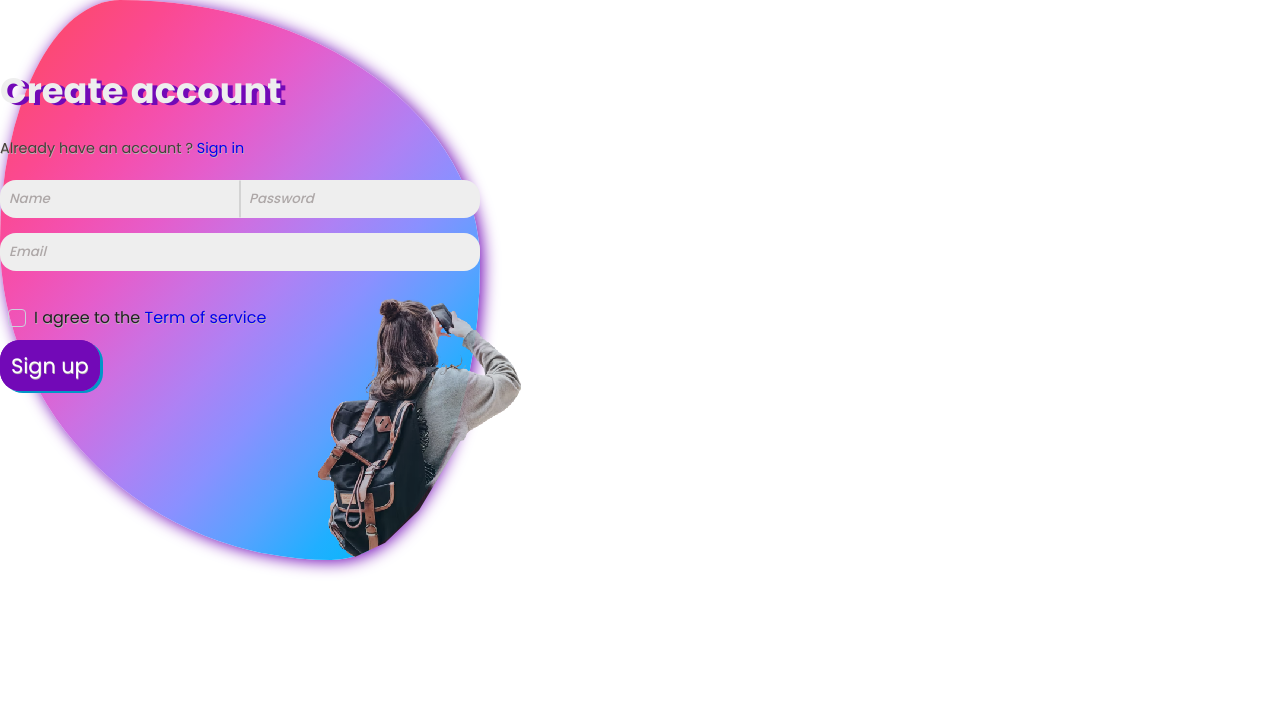
Repository: Yuukicoder/Techfest1
Page: signup.html
The author's editor kept a copy of each file at every save. The page is drawn from the files as they stood at one save, then again after the next save.
The browser window is 1280 px wide. The pictures show the whole page.
Some web fonts or font styles are not loaded; a fallback is used.

Above is the page before, as saved 2022-11-05 21:48:52.

### signup.html
<!DOCTYPE html>
<html lang="en">
  <head>
    <meta charset="UTF-8" />
    <meta http-equiv="X-UA-Compatible" content="IE=edge" />
    <meta name="viewport" content="width=device-width, initial-scale=1.0" />
    <link rel="stylesheet" href="signup.css" />
    <title>Signup</title>
  </head>
  <body>
    <div id="scroll-progress"></div>
    <div class="box">
      <div class="signup">
        <!-- ======================================HEADING=============================================================== -->
        <div class="signup__heading">Create account</div>

        <!-- ======================================SIGNIN=============================================================== -->

        <p class="signup__already">
          Already have an account ? <a href="#" class="signup__link">Sign in</a>
        </p>
        <!-- =======================================NAME+PASSWORD============================================================== -->

        <form action="#" class="signup__form">
          <div class="form__group form__group--2">
            <input type="text" class="form__input" placeholder="Name" />
            <input type="text" class="form__input" placeholder="Password" />
          </div>
          <!-- =======================================EMAIL============================================================== -->

          <div class="form__group">
            <input type="text" class="form__input" placeholder="Email" />
          </div>
          <!-- ======================================SVG CHECKBOX=============================================================== -->

          <svg class="checkbox-symbol">
            <symbol id="check" viewbox="0 0 12 10">
              <polyline
                points="1.5 6 4.5 9 10.5 1"
                stroke-linecap="round"
                stroke-linejoin="round"
                stroke-width="2"
              ></polyline>
            </symbol>
          </svg>

          <div class="checkbox-container">
            <input class="checkbox-input" id="apples" type="checkbox" />
            <label class="checkbox" for="apples">
              <span>
                <svg width="12px" height="10px">
                  <use xlink:href="#check"></use>
                </svg>
              </span>
              <span>
                I agree to the
                <a href="#" class="signup__link">Term of service</a>
              </span>
            </label>
          </div>
          <!-- ======================================BUTTON SIGNUP=============================================================== -->

          <div class="form__group">
            <div class="button-border">
              <form action="index.html">
                <a href="index.html" class="button"><span> Sign up </span></a>
              </form>
            </div>
          </div>
        </form>
      </div>
      <!-- ===========================================IMAGE========================================================== -->

      <img src="Image/signup2.png" alt="anh1" />
      <!-- ===================================================================================================== -->
    </div>
    <script src="app.js"></script>
  </body>
</html>

### signup.css
@import url("https://fonts.googleapis.com/css2?family=Caveat:wght@400;600&family=Hurricane&family=Poppins:wght@100;200;300;400;500;600;700;800;900&family=Satisfy&display=swap");
* {
  margin: 0;
  box-sizing: border-box;
  /* border: 1px solid black; */
  font-family: "Poppins", sans-serif;
}
:root {
  --text-color: #463f3a;
  --link-color: #0000ee;
  --shadow-color: #7209b7;
}
/* =================================BODY======================================================== */
background-image: linear-gradient(
  to left top,
  #12c2e9,
  #00baf7,
  #20afff,
  #5ba1ff,
  #8a90ff,
  #ae81f4,
  #cc70e2,
  #e55dcb,
  #f450af,
  #fb4991,
  #fc4975,
  #f64f59
);
body {
  background-image: linear-gradient(
      to right top,
      rgba(138, 35, 135, 0.6),
      rgba(162, 30, 129, 0.6),
      rgba(183, 29, 122, 0.6),
      rgba(202, 33, 112, 0.6),
      rgba(217, 44, 102, 0.6),
      rgba(226, 53, 93, 0.6),
      rgba(233, 63, 84, 0.6),
      rgba(239, 75, 75, 0.6),
      rgba(242, 84, 66, 0.6),
      rgba(243, 93, 56, 0.6),
      rgba(243, 103, 45, 0.6),
      rgba(242, 113, 33, 0.6)
    ),
    url("./Image/signup1.webp");
  object-position: center;
  object-fit: cover;
  background-size: cover;
  background-repeat: no-repeat;
  width: 100vw;
  height: 100vh;
  display: flex;
  align-items: center;
  justify-content: center;
}
#scroll-progress {
  position: fixed;
  top: 0;
  width: 0%;
  height: 4px;
  background: #7983ff;
  z-index: 10000;
}
body::-webkit-scrollbar {
  display: none;
}
/* =================================IMAGE======================================================== */
img {
  image-rendering: pixelated;
  height: 65%;
  /* transform: translate(300px,199px); */
  transform: translate(184px, 99px);
  opacity: 0.9;
  clip-path: polygon(
    100% 0,
    100% 61%,
    65% 67%,
    48% 86%,
    34% 95%,
    18% 100%,
    0 100%,
    0 0,
    47% 0,
    80% 0
  );
}
/* ==================================BOX======================================================= */

.box {
  background-image: linear-gradient(
    to left top,
    #12c2e9,
    #00baf7,
    #20afff,
    #5ba1ff,
    #8a90ff,
    #ae81f4,
    #cc70e2,
    #e55dcb,
    #f450af,
    #fb4991,
    #fc4975,
    #f64f59
  );
  border-radius: 25% 75% 31% 69% / 43% 47% 53% 57%;
  height: 35rem;
  width: 30rem;
  box-shadow: 3px 2px 1rem var(--shadow-color);
  display: flex;
  align-items: center;
  justify-content: center;
  position: relative;
}
/* ===========================HEADING+SIGNUP+SIGNIN--LINK+CHECKBOX--LINK============================================================== */

.signup__heading {
  font-size: 2.2rem;
  font-weight: bold;
  margin-bottom: 1.3rem;
  color: #eee;
  cursor: context-menu;
  text-shadow: 5px 2px var(--shadow-color);
}
.signup {
  position: absolute;
  top: 0;
  padding-top: 4rem;
  cursor: context-menu;
  text-shadow: 0.5px 0.5px rgb(185, 183, 183);
}
.signup__already {
  margin-bottom: 1.3rem;
  color: var(--text-color);
  font-size: 0.9rem;
}
.signup__link {
  text-decoration: none;
  background-image: linear-gradient(var(--link-color), var(--link-color));
  background-size: 0% 0.1em;
  background-position-y: 100%;
  background-position-x: 100%;
  background-repeat: no-repeat;
  transition: background-size 0.2s ease-in-out;
}
.signup__link:hover,
.signup__link:focus,
.signup__link:active {
  background-size: 100% 0.1em;
  background-position-x: 0%;
}
/* ================================NAME+PASSWORD+EMAIL========================================================= */

.form__group {
  margin-bottom: 15px;
}
.form__group--2 {
  display: flex;
  justify-content: space-between;
}
.form__input {
  font-family: "Poppins", sans-serif;
  padding: 0.5rem;
  border-radius: 1rem;
  outline: none;
  font-weight: 500;
  background-color: #eee;
  border: 1px solid transparent;
  transition: 0.2s linear;
  width: 100%;
}
.form__group--2 > .form__input:first-child {
  border-right-color: #d3d3d3;
}
.form__group--2 > .form__input:last-child {
  border-left-color: #d3d3d3;
}

.form__input:focus {
  border: none;
  background-color: white;
}

.form__group--2 > .form__input:last-child {
  border-top-left-radius: 0;
  border-bottom-left-radius: 0;
}
.form__group--2 > .form__input:first-child {
  border-top-right-radius: 0;
  border-bottom-right-radius: 0;
}
.form__input::-webkit-input-placeholder {
  color: rgb(173, 167, 167);
  font-style: italic;
}
/* =====================================BUTTON==================================================== */

.button {
  background-color: transparent;
  border: none;
  font-size: 1.3rem;
  color: #ffffff;
  outline: none;
  padding: 10px;
  width: 200px;
  position: relative;
  border-radius: 20px;
  background-color: var(--shadow-color);
  transition: 0.5s;
  box-shadow: 3px 2px rgb(1, 150, 199);
  border: 1px solid var(--shadow-color);
}

.button:hover {
  background-color: #0077ff;
  border-right: 1px solid white;
}

.button span {
  cursor: pointer;
  display: inline-block;
  position: relative;
  transition: 0.5s;
}

.button span:after {
  content: "\00bb";
  position: absolute;
  opacity: 0;
  top: 0;
  right: -20px;
  transition: 0.5s;
}

.button:hover span {
  padding-right: 25px;
}

.button:hover span:after {
  opacity: 1;
  right: 0;
}
/* ===================================SVG CHECKBOX====================================================== */

.checkbox-symbol {
  position: absolute;
  width: 0;
  height: 0;
  pointer-events: none;
  user-select: none;
}

.checkbox-container {
  box-sizing: border-box;
  color: #222;
  height: 64px;
  display: flex;
  justify-content: center;
  align-items: center;
  flex-flow: row wrap;
}

.checkbox-container * {
  box-sizing: border-box;
}

.checkbox-input {
  position: absolute;
  visibility: hidden;
}

.checkbox {
  user-select: none;
  cursor: pointer;
  padding: 6px 8px;
  border-radius: 6px;
  overflow: hidden;
  transition: all 0.3s ease;
  display: flex;
  position: absolute;
  left: 0;
}

.checkbox:not(:last-child) {
  margin-right: 6px;
}

.checkbox:hover {
  background: rgba(0, 119, 255, 0.06);
}

.checkbox span {
  vertical-align: middle;
  transform: translate3d(0, 0, 0);
}

.checkbox span:first-child {
  position: relative;
  flex: 0 0 18px;
  width: 18px;
  height: 18px;
  border-radius: 4px;
  transform: scale(1);
  border: 1px solid #cccfdb;
  transition: all 0.3s ease;
}

.checkbox span:first-child svg {
  position: absolute;
  top: 3px;
  left: 2px;
  fill: none;
  stroke: #fff;
  stroke-dasharray: 16px;
  stroke-dashoffset: 16px;
  transition: all 0.3s ease;
  transform: translate3d(0, 0, 0);
}

.checkbox span:last-child {
  padding-left: 8px;
  line-height: 18px;
}

.checkbox:hover span:first-child {
  border-color: #0077ff;
}

.checkbox-input:checked + .checkbox span:first-child {
  background: #0077ff;
  border-color: #0077ff;
  animation: zoom-in-out 0.3s ease;
}

.checkbox-input:checked + .checkbox span:first-child svg {
  stroke-dashoffset: 0;
}

@keyframes zoom-in-out {
  50% {
    transform: scale(0.9);
  }
}
/* ========================================================================================= */
.left-to-right {
  transform: translateX(-150%);
}

.left-to-right.start {
  transition: 1.7s ease-in-out;
  transform: translateX(0);
}
.right-to-left {
  transform: translateX(150%);
}

.right-to-left.start {
  transition: 0.7s ease-in-out;
  transform: translateX(0);
}
.zoom {
  transform: scale(0);
}

.zoom.start {
  transition: 1.5s ease-in-out;
  transform: unset;
}

Loaded but not shown: app.js (no copy from this time; the picture is the same without it)

After the next save:
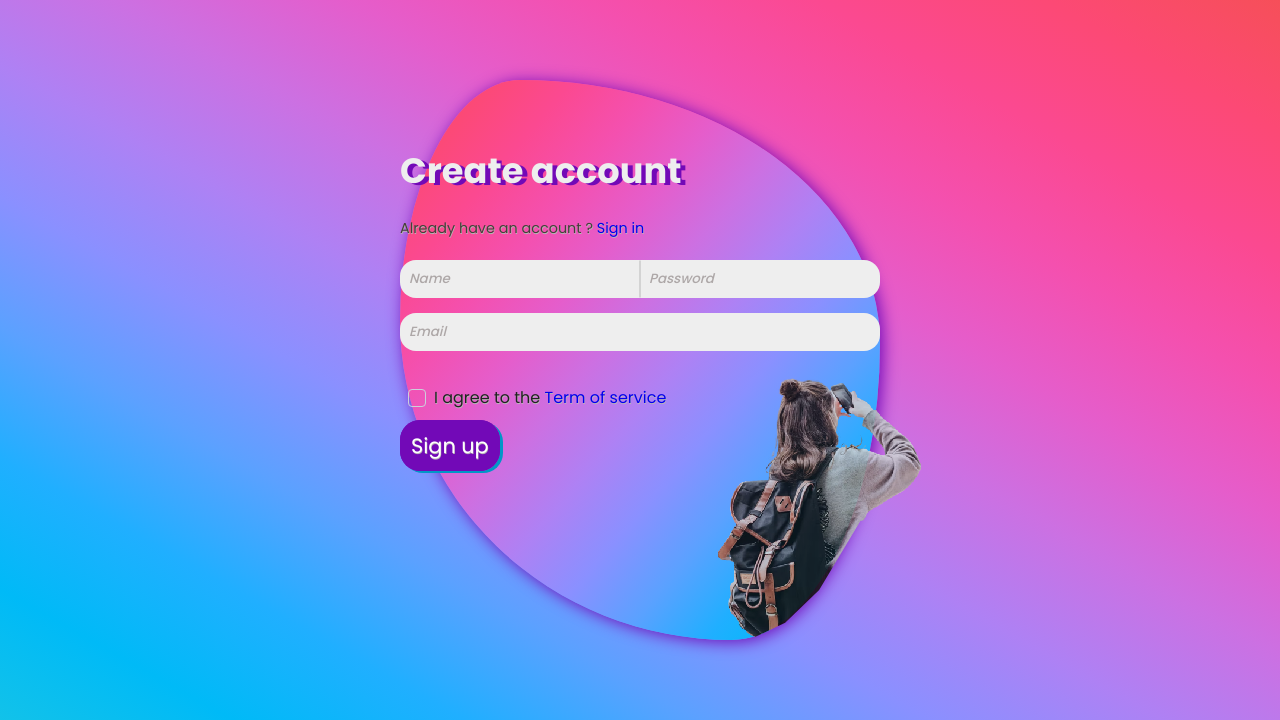
Saved 13 s later.
--- a/signup.css
+++ b/signup.css
@@ -11,36 +11,22 @@
   --shadow-color: #7209b7;
 }
 /* =================================BODY======================================================== */
-background-image: linear-gradient(
-  to left top,
-  #12c2e9,
-  #00baf7,
-  #20afff,
-  #5ba1ff,
-  #8a90ff,
-  #ae81f4,
-  #cc70e2,
-  #e55dcb,
-  #f450af,
-  #fb4991,
-  #fc4975,
-  #f64f59
-);
+
 body {
   background-image: linear-gradient(
       to right top,
-      rgba(138, 35, 135, 0.6),
-      rgba(162, 30, 129, 0.6),
-      rgba(183, 29, 122, 0.6),
-      rgba(202, 33, 112, 0.6),
-      rgba(217, 44, 102, 0.6),
-      rgba(226, 53, 93, 0.6),
-      rgba(233, 63, 84, 0.6),
-      rgba(239, 75, 75, 0.6),
-      rgba(242, 84, 66, 0.6),
-      rgba(243, 93, 56, 0.6),
-      rgba(243, 103, 45, 0.6),
-      rgba(242, 113, 33, 0.6)
+      #12c2e9,
+      #00baf7,
+      #20afff,
+      #5ba1ff,
+      #8a90ff,
+      #ae81f4,
+      #cc70e2,
+      #e55dcb,
+      #f450af,
+      #fb4991,
+      #fc4975,
+      #f64f59
     ),
     url("./Image/signup1.webp");
   object-position: center;
